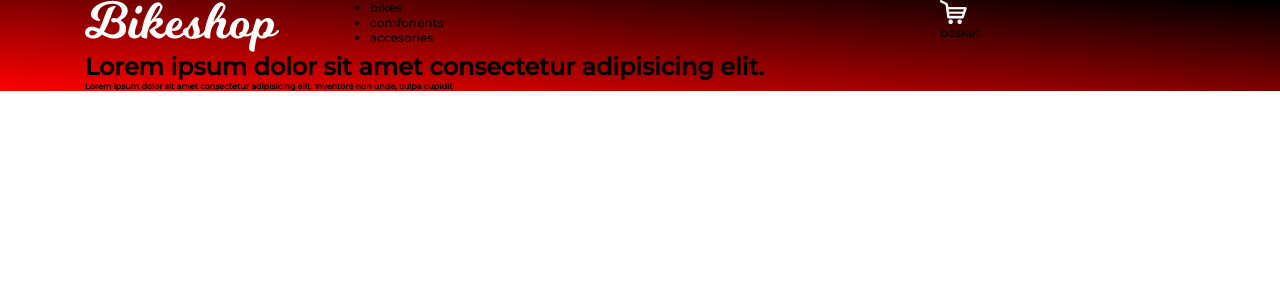
Repository: vanphongnguyen1/webDemo
Page: Bikeshop/index.html
The author's editor kept a copy of each file at every save. The page is drawn from the files as they stood at one save, then again after the next save.
The browser window is 1280 px wide. The pictures show the whole page.
The style sheet was rebuilt from its Sass, Less or Tailwind sources for each picture, by a compiler version that may differ from the author's.

Above is the page before, as saved 2020-09-04 13:40:55.

### Bikeshop/index.html
<!DOCTYPE html>
<html lang="en">
<head>
    <meta charset="UTF-8">
    <meta name="viewport" content="width=device-width, initial-scale=1.0">
    <title>Document</title>
    <link href="https://fonts.googleapis.com/css2?family=Montserrat:wght@300;500&display=swap" rel="stylesheet">
    <link rel="stylesheet" href="./css/bootstrap-grid.min.css">
    <link rel="stylesheet" href="./css/style.css">
</head>
<body>
    <header>
        <div class="container">
            <div class="nav">
                <div class="row">
                    <div class="col-3">
                        <div class="logo">
                            <img src="./img/logo-text.png" alt="#Text Logo">
                        </div>
                    </div>
                    <div class="col-6">
                        <div class="menu">
                            <ul class="menu__list">
                                <li class="menu__item">
                                    <a href="" class="menu__text">bikes</a>
                                </li>
                                <li class="menu__item">
                                    <a href="" class="menu__text">comfonents</a>
                                </li>
                                <li class="menu__item">
                                    <a href="" class="menu__text">accesories</a>
                                </li>
                            </ul>
                        </div>
                    </div>
                    <div class="col-3">
                        <div class="card">
                            <img src="./img/icon.png" alt="#Product">
                            <span class="card__text">basket</span>
                        </div>
                    </div>
                </div>
            </div>
            <div class="heading__title">
                <h1>Lorem ipsum dolor sit amet consectetur adipisicing elit.</h1>
                <h6>Lorem ipsum dolor sit amet consectetur adipisicing elit. Inventore non unde, culpa cupidit</h6>
            </div>
        </div>
    </header>
</body>
</html>

### Bikeshop/sass/style.scss
@import './abstracts/varliber';
@import './base/base';
@import './components/header';

### Bikeshop/sass/abstracts/_varliber.scss
$bg-btn: #3c3c3c;
$color-grey: #888888;
$color-grey-line: #c2c1c1;
$color-with: #ffffff;
$color-black: #000000;
$font-Montserrat: 'Montserrat', sans-serif;

### Bikeshop/sass/base/_base.scss
* {
    margin: 0;
    padding: 0;
    box-sizing: border-box;
    outline: none;
}
html {
    font-size: 10px;
}
body {
    font-size: 1.2rem;
    font-family: $font-Montserrat;
}
a {
    text-decoration: none;
    color: inherit;
}
input, button, textarea {
    font-family: inherit;
}
ul {
    margin: 0;
    padding: 0
}
h1, h2, h3, h4, h5, h6, p {
    margin: 0;
    padding: 0;
    line-height: inherit
}
img {
    max-width: 100%;
    display: block;
}

### Bikeshop/sass/components/_header.scss
header {
    background-image: linear-gradient(to top right,red,black),;
}

Loaded but not shown: Bikeshop/css/bootstrap-grid.min.css (library)

After the next save:
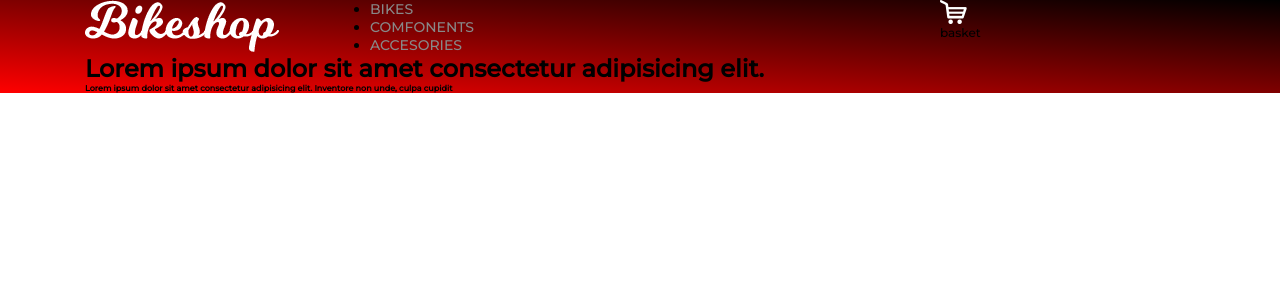
Saved 3 min 21 s later.
--- a/Bikeshop/sass/components/_header.scss
+++ b/Bikeshop/sass/components/_header.scss
@@ -1,3 +1,17 @@
 header {
     background-image: linear-gradient(to top right,red,black),;
+    .nav {
+        .logo {}
+        .menu {
+            &__list {
+                text-transform: uppercase;
+            }
+            &__item {
+                font-size: 1.4rem;
+            }
+            &__text {
+                color: $color-grey;
+            }
+        }
+    }
 }
